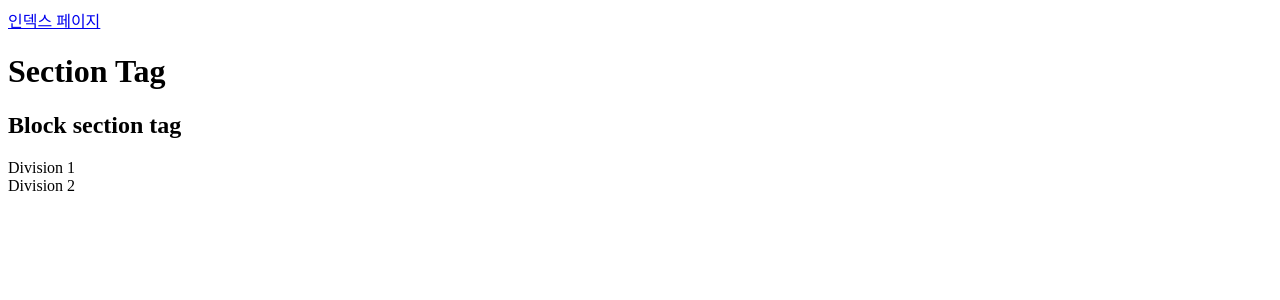
Repository: Sid0130/HTML
Page: lab-web/lab01_html/src/main/webapp/section.html
The author's editor kept a copy of each file at every save. The page is drawn from the files as they stood at one save, then again after the next save.
The browser window is 1280 px wide. The pictures show the whole page.

Above is the page before, as saved 2024-12-03 02:01:10.

### lab-web/lab01_html/src/main/webapp/section.html
<!DOCTYPE html>
<html>
    <head>
        <meta charset="UTF-8">
        <title>lab01</title>
    </head>
        <body>

            <a href="index.html">인덱스 페이지</a>

            <h1>Section Tag</h1>
            <h2>Block section tag</h2>
            <div>Division 1</div>
            <div>Division 2</div>
        </body>
</html>

After the next save:
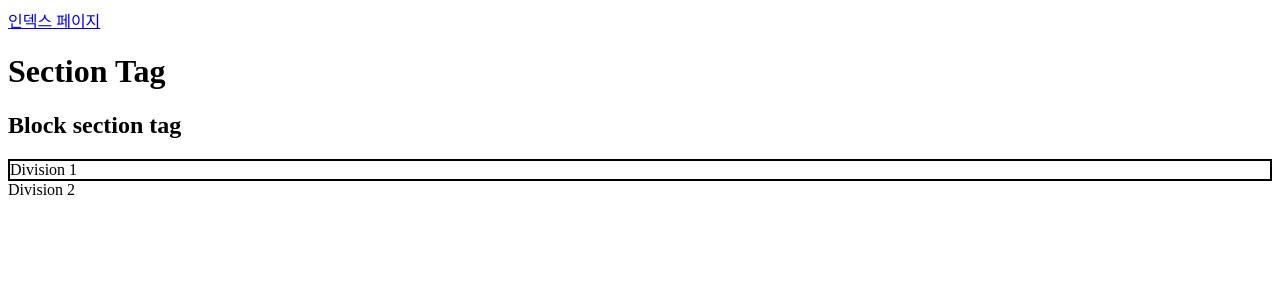
Saved 3 min 43 s later.
--- a/lab-web/lab01_html/src/main/webapp/section.html
+++ b/lab-web/lab01_html/src/main/webapp/section.html
@@ -9,8 +9,10 @@
             <a href="index.html">인덱스 페이지</a>
 
             <h1>Section Tag</h1>
+
+            <!--위에서 아래로 적혀지는게 블록요소 -->
             <h2>Block section tag</h2>
-            <div>Division 1</div>
+            <div style="border: 2px solid black;">Division 1</div>
             <div>Division 2</div>
         </body>
 </html>
